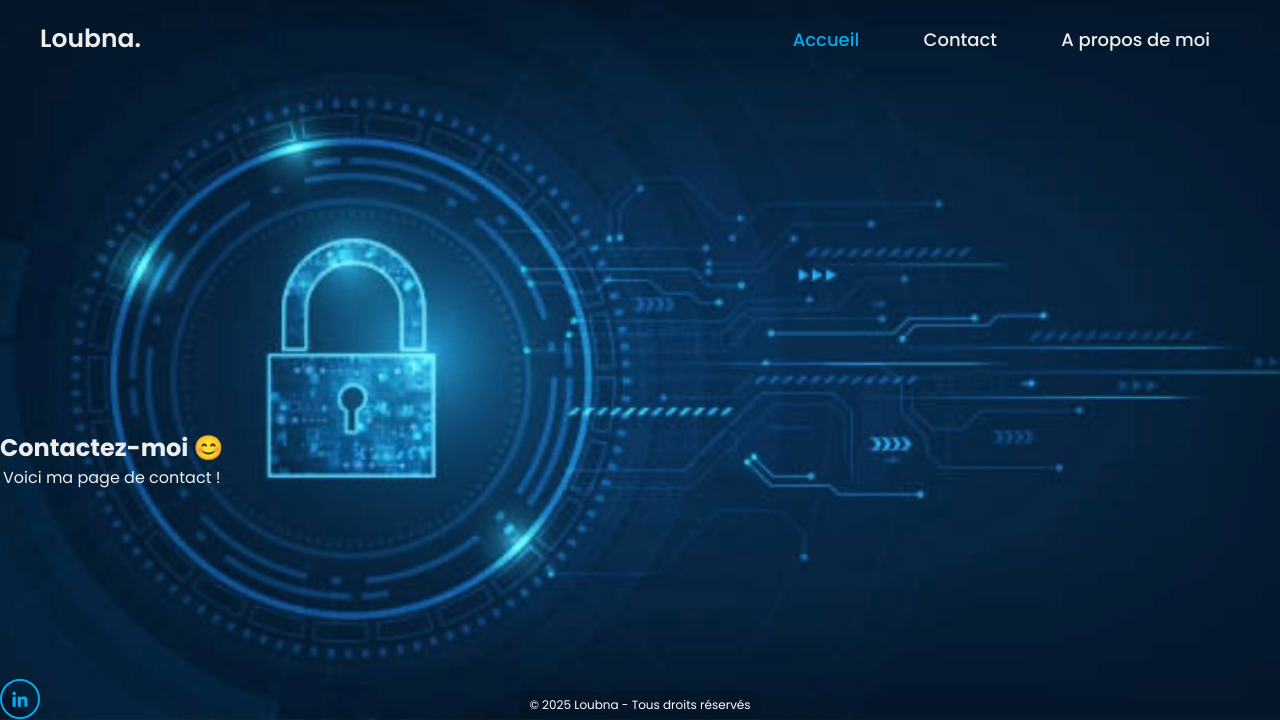
Repository: Loubna77290/Portfolio-de-Loubna
Page: contact.html
The author's editor kept a copy of each file at every save. The page is drawn from the files as they stood at one save, then again after the next save.
The browser window is 1280 px wide. The pictures show the whole page.

Above is the page before, as saved 2025-03-10 22:38:56.

### contact.html
<!DOCTYPE html>
<html lang="en">
<head>
    <meta charset="UTF-8">
    <meta name="viewport" content="width=device-width, initial-scale=1.0">
    <title>Fiche contact</title>
    <link rel="stylesheet" href="style.css">
    <link href='https://unpkg.com/boxicons@2.1.4/css/boxicons.min.css'rel='stylesheet'>
</head>
<body>

  <header class="header">
        <a href="#" class="logo">Loubna.</a>
         <nav class="navbar">
            <a href="/index.html"class="active">Accueil</a>
            <a href="/contact.html">Contact</a>
            <a href="about.html">A propos de moi</a>
        </nav>
    </header>

    <section class="contact-background">
        <div class="contact-contenu">
        <h1>Contactez-moi &#128522;</h1>
        <p>Voici ma page de contact !</p>
    </div>
    </section>

    <div class="home-sci">
        <a href="https://www.linkedin.com/in/loubna-m-baaa031a6/"target="_blank"><i class='bx bxl-linkedin'></i></a>
     </div>
</body>

    <footer>
        <p>&copy; 2025 Loubna - Tous droits réservés </p>
       </footer>
</html>

### style.css
@import url('https://fonts.googleapis.com/css2?family=Poppins:wght@300;400;500;600;700;800;900&display=swap');

* {
    margin: 0;
    padding: 0;
    box-sizing: border-box;
    font-family: 'Poppins', sans-serif;

}

body {
    background: #081b29;
    color: #ededed;

}

.header {
    position:fixed;
    top: 0;
    left:0;
    width: 100%;
    padding: 20px 10px;
    background: transparent;
    display: flex;
    justify-content: space-between;
    align-items: center;
    z-index: 100;
}


.logo {
    position: relative;
    margin-left: 30px;
    font-size: 25px;
    color: #ededed;
    text-decoration: none;
    font-weight: 600;

}

.logo::before {
    content: '';
    position: absolute;
    top: 0;
    right: 0;
    width: 100%;
    height: 100%;
    background: #081b29b6;
    animation: showRight 1s ease forwards;
    animation-delay: .4s;;
}

.navbar a {
    font-size: 18px;
    color: #ededed;
    text-decoration: none;
    font-weight: 500;
    margin-right: 60px;
    justify-content: flex-end;
    transition: .3s;

}

.navbar a:hover,
.navbar a.active {
    color: #00abf0;

}

.accueil {
    position: relative;
    height: 100vh;
    background: url(./IMG_7408.jpg) no-repeat center center;
    background-size: cover;
    display: flex;
    align-items: center;
    padding: 0 10%;

}

.accueil-contenu {
    background: transparent;
    max-width: 600px;


    }

.accueil-contenu h2 {
    font-size: 45px;
    font-weight: 700;
    line-height: 1.2;
    white-space: nowrap;
}

.accueil-contenu h2::before {
    content: '';
    position: absolute;
    top: 0;
    right: 0;
    width: 100%;
    height: 100%;
    background: #081b29;
    animation: showRight 1s ease forwards;
    animation-delay: 1s;
}

.accueil-contenu h3 {
    font-size: 30px;
    font-weight: 600;
    color: #0ff;

}

.accueil-contenu p {
    font-size: 16px;
    margin: 20px  0 40px;
    line-height: 1.2;
}

.accueil-contenu .btn-box {
    position: relative;
    display: flex;
    justify-content: space-between;
    width: 380px;
    height: 60px;

}

.accueil-contenu .btn-box::before {
    content: '';
    position: absolute;
    top: 0;
    right: 0;
    width: 100%;
    height: 100%;
    background: #081b294d;
    animation: showRight 1s ease forwards;
    animation-delay: 1.9s;
    z-index: 2;
}

.btn-box a {
    position: relative;
    display: inline-flex;
    justify-content: center;
    align-items: center;
    width: 150px;
    height: 110%;
    background: #00abf0;
    border: 2px solid #00abf0;
    border-radius: 8px;
    font-size: 19px;
    color: #081b29;
    text-align: center;
    text-decoration: none;
    font-weight: 600;
    letter-spacing: 1px;
    z-index: 1;
    overflow: hidden;
    transition: .5s;
}

.btn-box a:hover {
    color: #00abf0;

}

.btn-box a:nth-child(2) {
    background: transparent;
    color:#00abf0
}

.btn-box a:nth-child(2):hover {
    color:#081b29;
}


.btn-box a:nth-child(2)::before {
    background: #00abf0;
    }

.btn-box a::before {
    content: '';
    position: absolute;
    top: 0;
    left: 0;
    width: 0;
    height: 100%;
    background: #081b29;
    z-index: -1;
    transition: .5s;
}

.btn-box a:hover::before {
    width: 100%;
    }

.home-sci {
    position: absolute;
    bottom: 1px;
    width: 150px;
    display: flex;
    justify-content: space-between;
}

.home-sci::before {
    content: '';
    position: absolute;
    top: 0;
    right: 0;
    width: 100%;
    height: 100%;
    background: #081b29;
    animation: showRight 1s ease forwards;
    animation-delay: 2.5s;
    z-index: 2;
}

.home-sci a {
    position: relative;
    display: inline-flex;
    justify-content: center;
    align-items: center;
    width: 40px;
    height: 40px;
    background: transparent;
    border: 2px solid #00abf0;
    border-radius: 50%;
    font-size: 20px;
    text-decoration: none;
    z-index: 1;
    overflow: hidden;
    transition: .5s;
    color: #00abf0;
}

.home-sci a:hover {
    color: #081b29;

}
.home-sci a::before {
    content: '';
    position: absolute;
    top: 0;
    left: 0;
    width: 0;
    height: 100%;
    background:#00abf0;
    transition: .5s;
    z-index: -1;
}

.home-sci a:hover::before {
    width: 100%;
}

/* KEYFRAMES ANIMATION */
@keyframes showRight {
    100% {
        width: 0;
    }
}

.contact-background  {
    background: url('IMG_7400.jpg');
    height: 100vh;
    background-size: cover;
    display: flex;
}

.contact-background h1 {
    margin-top: 200px;
    width: 100%;
}

.contact-contenu {
    display: flex;
    flex-direction: column;
    justify-content: center;
    align-items: center;
    text-align: center;

}

/* footer page à propos de moi  */
footer {
    position: absolute;
    bottom: 1px;
    left: 50%;
    transform: translate(-50%);
    background: rgba(0, 0, 0, 0.116);
    color: white;
    padding: 5px 10px;
    font-size: 12px;
    border-radius: 5px;
    z-index: 10;
}

.about-background  {
    background: url('IMG_7400.jpg');
    height: 100vh;
    background-size: cover;
    display: flex;
}

/* contenu de la page à propos de moi  */
.about-content {
    display: flex;
    flex-direction: column;
    justify-content: baseline;
    margin-top: 40px;
    width: 100%;
}

.about-content h1 {
    font-weight: 900;
    color: #ededed;
   margin-left: 120px;
}

.about-content p {
    padding: 30px;
    color: #ffff;
    text-align: left;
}

.about-content h2 {
    font-weight: 900;
    color: #ededed;
   margin-left: 100px;
}

.about-background {
    display: flex;
    justify-content: space-between;
    align-items:flex-start;
    padding: 50px;
}
.about-content {
    width: 55%;
}

.about-skills {
    margin: 100px;
    width: 40%;
    background: rgba(255,255,255,0.1);
    padding: 20px;
    border-radius: 10px;

}

.about-skills h2 {
    color: #00abf0;
    margin-bottom: 10px;
}

.about-skills ul {
    list-style: none;
    padding: 0;

}

.about-skills li {
    font-size: 16px;
    margin-bottom: 25px;
 }

 .about-content {
    opacity: 0;
    animation: fadeIn 1s ease-in forwards;
    animation-delay: 1s;
 }

 .about-skills {
     opacity: 0;
     animation: fadeIn 1s ease-in forwards;
     animation-delay: 3s;
    }

    /* mise en place d'animation avec keyframe  */

    @keyframes fadeIn {
        from{
            opacity: 0;
            transform: translateY(20px);
        }
        to {
            opacity: 1;
            transform: translateY(0);
        }
    }








 }:before {
        content: '';
        position: absolute;
        top: 0;
        right: 0;
        width: 100%;
        height: 100%;
        background: #081b294d;
        animation: showRight 1s ease forwards;
        animation-delay: 19s;
        z-index: 2;
         }

After the next save:
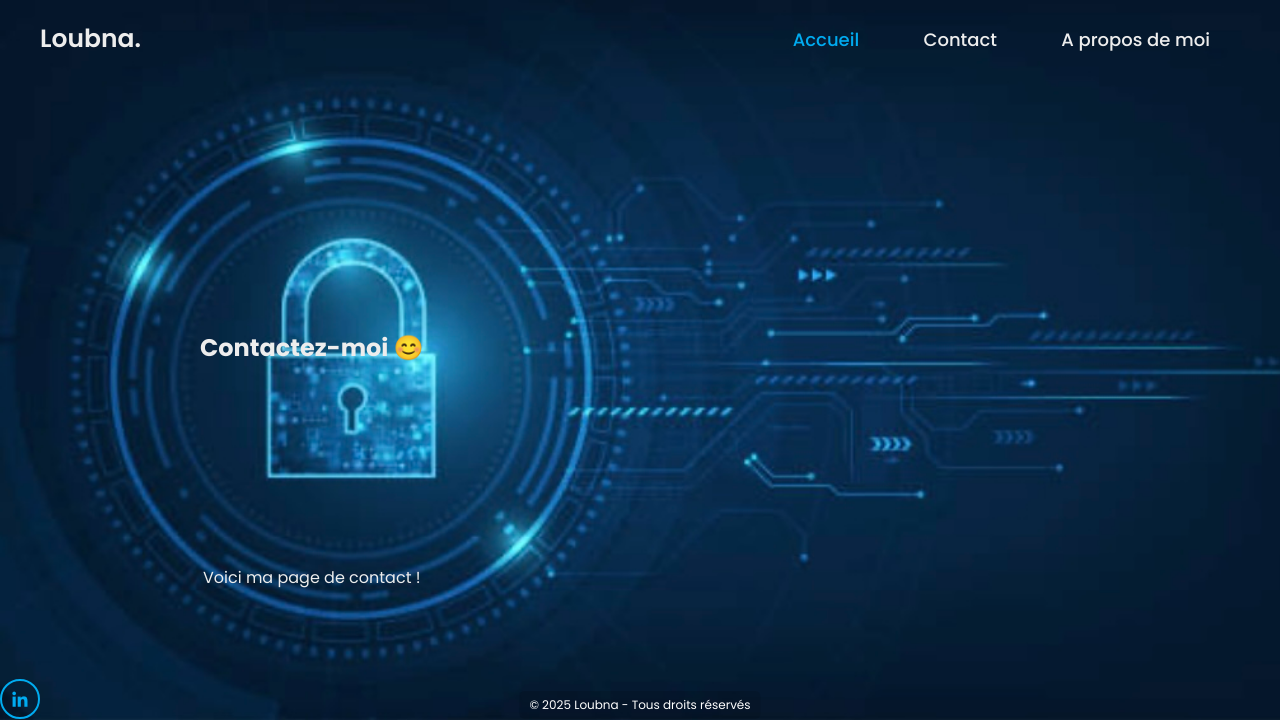
Saved 9 s later.
--- a/style.css
+++ b/style.css
@@ -269,8 +269,8 @@ body {
 }
 
 .contact-background h1 {
-    margin-top: 200px;
-    width: 100%;
+    margin: 200px;
+
 }
 
 .contact-contenu {
